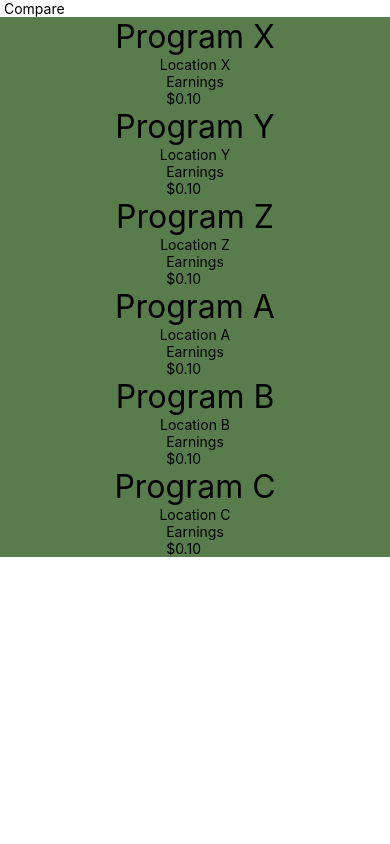
Repository: ct-pham/COMP4511
Screen: / (app in comp4511/)
The author's editor kept a copy of each file at every save. The screen is drawn from the files as they stood at one save, then again after the next save.
The app was drawn by React Native's web renderer in a window 390 px wide. The project was rebuilt for these pictures with package versions that can differ from the ones it lists, and the page was loaded fresh each time. Also part of the build but not shown: comp4511/Components/Homepage.js, comp4511/Components/AllEarnings.js, comp4511/Components/ProgramEarnings.js, comp4511/Components/Register.js, comp4511/Components/Login.js.

Above is the screen before, as saved 2022-11-09 18:47:04.

### comp4511/App.js
import React, {useState} from 'react';
import { StatusBar } from 'expo-status-bar';
import { StyleSheet, Text, View } from 'react-native';
import { NavigationContainer } from '@react-navigation/native';
import { createNativeStackNavigator } from '@react-navigation/native-stack';
import Homepage from './Components/Homepage';
import AllEarnings from './Components/AllEarnings';
import ProgramEarnings from './Components/ProgramEarnings';
import Register from './Components/Register';
import Login from './Components/Login';
import Compare from './Components/compareProgram/Compare';

const Stack = createNativeStackNavigator();


export default function App() {
  return (
    // <NavigationContainer>
    //   <Stack.Navigator>
    //     <Stack.Screen name="Register" component={Register} />
    //     <Stack.Screen name="Login" component={Login} />
    //     <Stack.Screen name="Home" component={Homepage}/>
    //     <Stack.Screen name="AllEarnings" component={AllEarnings}/>
    //     <Stack.Screen name="ProgramEarnings" component={ProgramEarnings}/>
    //   </Stack.Navigator>
    // </NavigationContainer>
    <Compare/>
  );
}

### comp4511/Components/compareProgram/Compare.js
import {
    StyleSheet,
    Text,
    SafeAreaView,
    statusBar,
    FlatList,
} from 'react-native';
import Items from './Items';

import ProgramDetails from './ProgramDetails';

export default function Compare() {
    return (
        <SafeAreaView style={styles.container}>
            <Text> Compare</Text>
            <FlatList
                data = {ProgramDetails}
                renderItem={({ item }) => <Items item = {item} />}
                showsVerticalScrollIndicator

            />
        </SafeAreaView>
    );
}

const styles = StyleSheet.create({

});

### comp4511/Components/compareProgram/Items.js
import {
    View,
    Text,
    StyleSheet,
    Image,
    useWindowDimensions,
    TouchableOpacity,
    StatusBar,
} from 'react-native';
import { useState } from 'react';


export default function Items ({item}) {

    const { width } = useWindowDimensions();
    return (
        <View style={ styles.container}>

            <View style = {[styles.programContainer, {width}]}>
                <Text style = {styles.title}>{item.title}</Text>
                <Text style = {styles.location}>{item.location}</Text>

                <View>
                    <Text style = {styles.Earnings}>{item.Earning}</Text>
                    <Text style = {styles.Total}>{item.Total}</Text>

                </View>
            </View>

        </View>
    )
}

const styles = StyleSheet.create({
    container: {
        flex: 1,
        marginTop: StatusBar.currentHeight || 0,


      },
    item: {
        padding: 20,
        marginVertical: 8,
        marginHorizontal: 16,
      },
    title: {
        fontSize: 32,
      },
    programContainer: {
        backgroundColor: '#587C4B',
        alignItems: 'center',
    },

});

### comp4511/Components/compareProgram/ProgramDetails.js
export default [
    {
        id: '1',
        title: 'Program X',
        location: 'Location X',
        Earning: 'Earnings',
        Total: '$0.10',

    },
    {
        id: '2',
        title: 'Program Y',
        location: 'Location Y',
        Earning: 'Earnings',
        Total: '$0.10',

    },
    {
        id: '3',
        title: 'Program Z',
        location: 'Location Z',
        Earning: 'Earnings',
        Total: '$0.10',

    },
    {
        id: '4',
        title: 'Program A',
        location: 'Location A',
        Earning: 'Earnings',
        Total: '$0.10',

    },
    {
        id: '5',
        title: 'Program B',
        location: 'Location B',
        Earning: 'Earnings',
        Total: '$0.10',

    },
    {
        id: '6',
        title: 'Program C',
        location: 'Location C',
        Earning: 'Earnings',
        Total: '$0.10',
    }

]

After the next save:
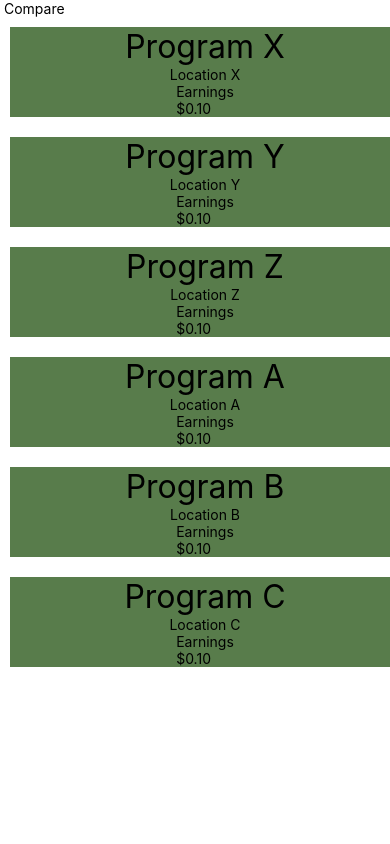
Saved 36 s later.
--- a/comp4511/Components/compareProgram/Items.js
+++ b/comp4511/Components/compareProgram/Items.js
@@ -49,6 +49,7 @@ const styles = StyleSheet.create({
     programContainer: {
         backgroundColor: '#587C4B',
         alignItems: 'center',
+        margin: 10,
     },
 
 });
